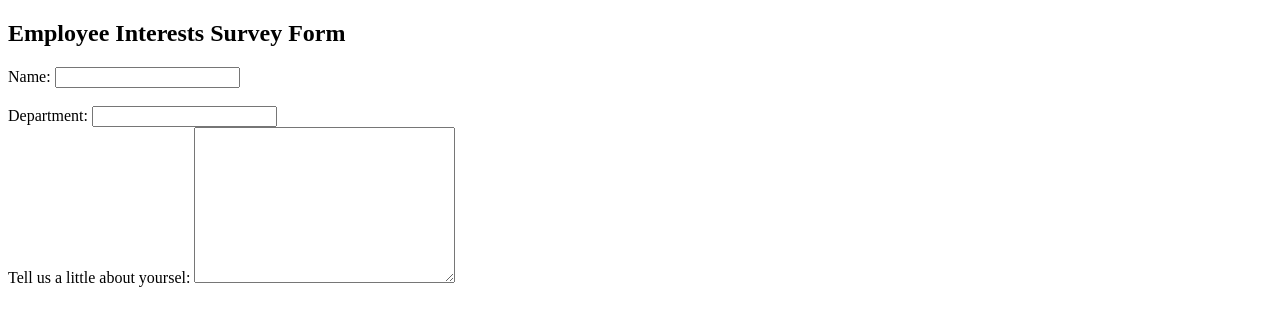
Repository: JoaoLemesDEV/Exercise-Survey-Form
Page: index.html
The author's editor kept a copy of each file at every save. The page is drawn from the files as they stood at one save, then again after the next save.
The browser window is 1280 px wide. The pictures show the whole page.

Above is the page before, as saved 2021-10-10 18:21:52.

### index.html
<!DOCTYPE html>
<html lang="en">
<head>
  <meta charset="UTF-8">
  <meta http-equiv="X-UA-Compatible" content="IE=edge">
  <meta name="viewport" content="width=device-width, initial-scale=1.0">
  <title>Survey Form</title>
</head>
<body>
  <h2>Employee Interests Survey Form</h2>
  <label for="name">Name: </label>
  <input type="text" name="name" id=""><br><br>
  <label for="dep">Department:</label>
  <input type="text" name="dep" id=""><br>
  <label for="comment">Tell us a little about yoursel:</label>
  <textarea name="comment" id="comment" cols="30" rows="10"></textarea>


</body>
</html>

After the next save:
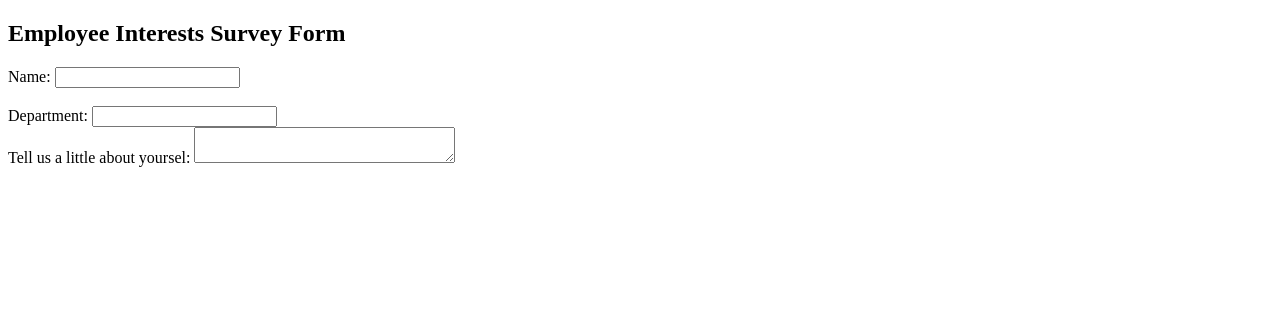
Saved 9 s later.
--- a/index.html
+++ b/index.html
@@ -13,7 +13,7 @@
   <label for="dep">Department:</label>
   <input type="text" name="dep" id=""><br>
   <label for="comment">Tell us a little about yoursel:</label>
-  <textarea name="comment" id="comment" cols="30" rows="10"></textarea>
+  <textarea name="comment" id="comment" cols="30" rows="2"></textarea>
 
 
 </body>
